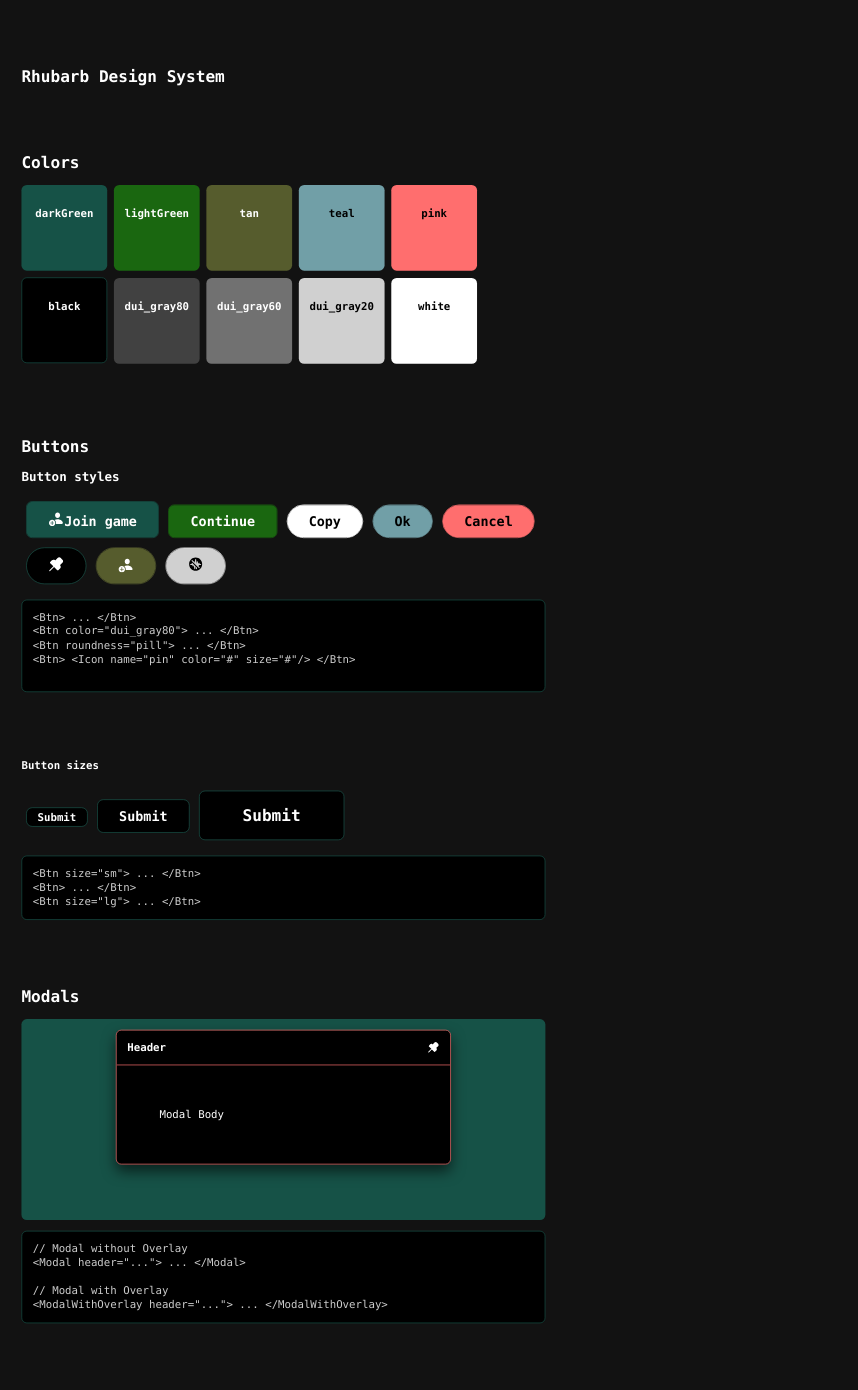
Repository: kttalley/designing-with-data_react-class
Page: / (app in lesson6_design-system-component-extension/)
The author's editor kept a copy of each file at every save. The page is drawn from the files as they stood at one save, then again after a run of saves.
The browser window is 1280 px wide. The pictures show the whole page, at 67% of full size.
The project was rebuilt for these pictures with package versions that can differ from the ones it lists, and the page was loaded fresh each time. Imported but missing from the stored project, and not drawn on this page: lesson6_design-system-component-extension/src/Rhubarb/Input.

Above is the page before, as saved 2023-09-01 13:18:22.

After the next 2 saves:
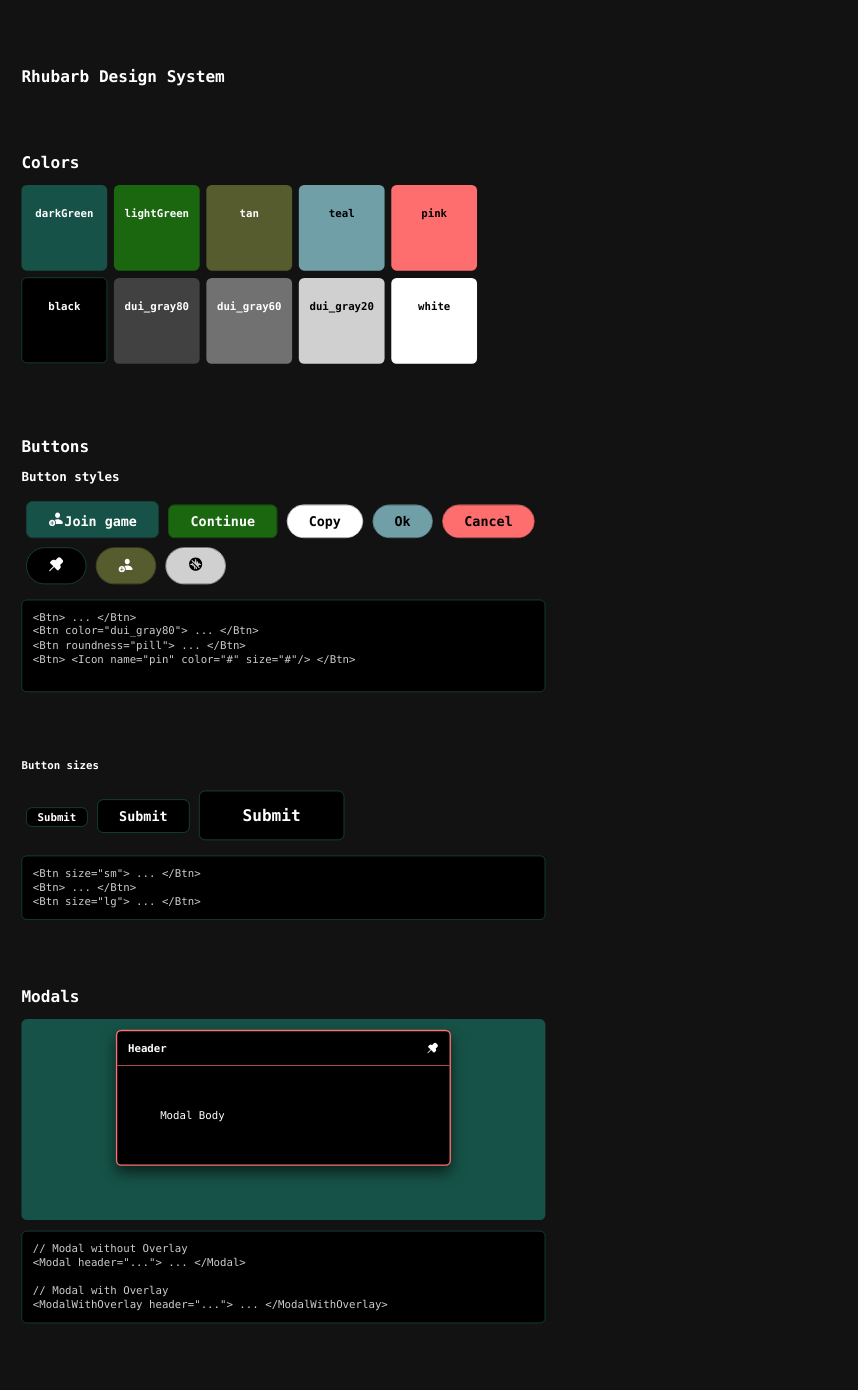
The 2 saves are shown as one change because they came seconds apart.
The last was saved 10 s later.
--- a/lesson6_design-system-component-extension/src/Rhubarb/Modal.js
+++ b/lesson6_design-system-component-extension/src/Rhubarb/Modal.js
@@ -28,7 +28,7 @@ const ModalContainer = styled.div`
   margin-right: auto;
   border-radius: 8px;
   overflow: auto;
-  border: 0.2px solid ${color.pink};
+  border: 2px solid ${color.pink};
   box-shadow: 0px 10px 20px rgba(0,0,0,0.6)
 `;
 
